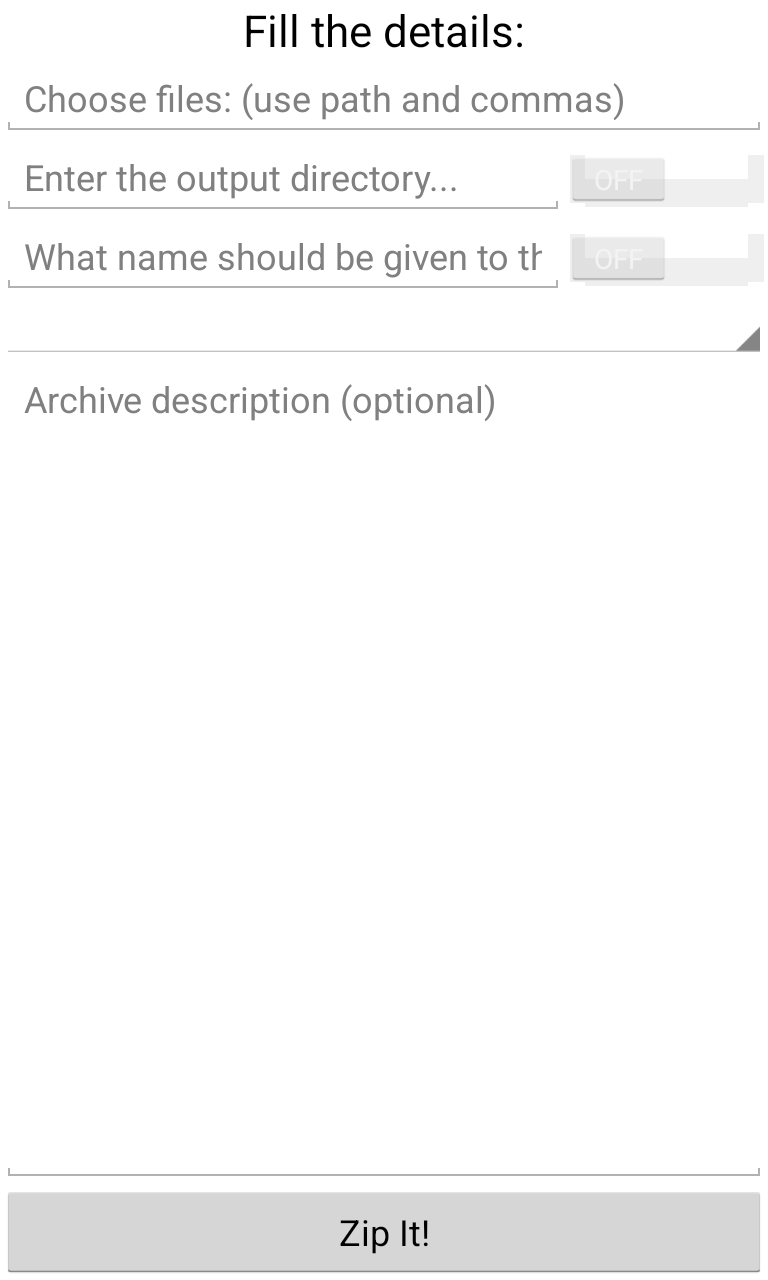
Repository: ya-ivanov/Android-Projects
Layout: Android Projects (OLD)/Zip It!/ZipIt/res/layout/activity_main.xml
The author's editor kept a copy of each file at every save. The layout is drawn from the files as they stood at one save, then again after the next save.
It is drawn on a 768 x 1280 px phone screen (xhdpi) without system bars, with theme AppTheme; the app's code is not run.

Above is the layout before, as saved 2013-12-11 21:01:52.

### Android Projects (OLD)/Zip It!/ZipIt/res/layout/activity_main.xml
<LinearLayout xmlns:android="http://schemas.android.com/apk/res/android"
    android:layout_width="fill_parent"
    android:layout_height="fill_parent"
    android:orientation="vertical" >

    <TextView
        android:id="@+id/textView1"
        android:layout_width="match_parent"
        android:layout_height="wrap_content"
        android:gravity="center_horizontal"
        android:text="Fill the details:"
        android:textAppearance="?android:attr/textAppearanceLarge" />

    <EditText
        android:id="@+id/files"
        android:layout_width="match_parent"
        android:layout_height="wrap_content"
        android:ems="10"
        android:hint="Choose files: (use path and commas)"
        android:singleLine="true">
    </EditText>

    <LinearLayout
        android:layout_width="match_parent"
        android:layout_height="wrap_content" >

        <EditText
            android:id="@+id/endDir"
            android:layout_width="match_parent"
            android:layout_height="wrap_content"
            android:layout_weight="1"
            android:ems="10"
            android:hint="Enter the output directory..."
            android:singleLine="true" >
        </EditText>

        <Switch
            android:id="@+id/defaultDir"
            android:layout_width="wrap_content"
            android:layout_height="wrap_content"
            android:text="" />
    </LinearLayout>

    <LinearLayout
        android:layout_width="match_parent"
        android:layout_height="wrap_content" >

        <EditText
            android:id="@+id/archiveName"
            android:layout_width="match_parent"
            android:layout_height="wrap_content"
            android:layout_weight="1"
            android:ems="10"
            android:hint="What name should be given to the archive?"
            android:singleLine="true" />

        <Switch
            android:id="@+id/randName"
            android:layout_width="wrap_content"
            android:layout_height="wrap_content" />

    </LinearLayout>

    <Spinner
        android:id="@+id/spinner"
        android:layout_width="fill_parent"
        android:layout_height="wrap_content" />

    <EditText
        android:id="@+id/editText1"
        android:layout_width="match_parent"
        android:layout_height="wrap_content"
        android:layout_weight="1"
        android:ems="10"
        android:hint="Archive description (optional)"
        android:gravity="top" >

    </EditText>

    <Button
        android:id="@+id/button1"
        android:layout_width="match_parent"
        android:layout_height="wrap_content"
        android:text="Zip It!" />

</LinearLayout>

Loaded but not shown: Android Projects (OLD)/Zip It!/ZipIt/res/values/styles.xml (common file); Android Projects (OLD)/Zip It!/ZipIt/res/values-v11/styles.xml (common file); Android Projects (OLD)/Zip It!/ZipIt/res/values-v14/styles.xml (common file)

After the next save:
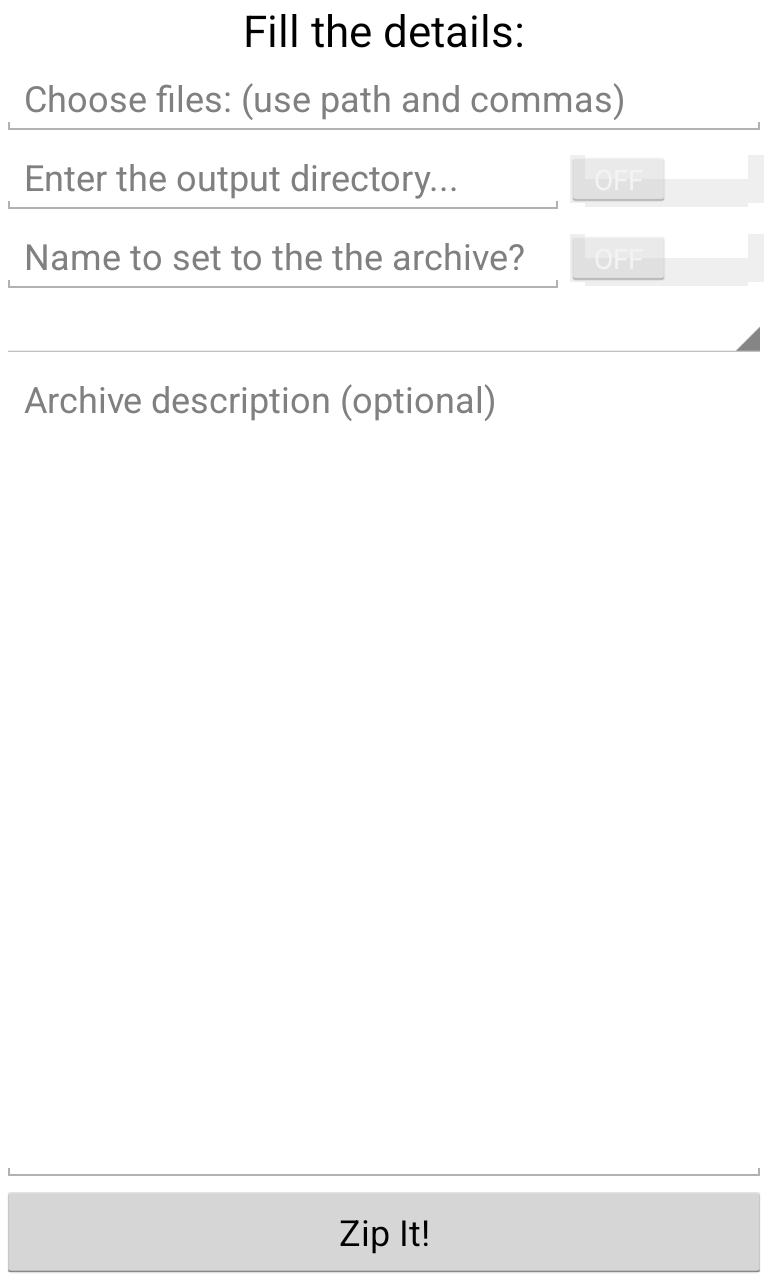
Saved 58 s later.
--- a/Android Projects (OLD)/Zip It!/ZipIt/res/layout/activity_main.xml
+++ b/Android Projects (OLD)/Zip It!/ZipIt/res/layout/activity_main.xml
@@ -51,7 +51,7 @@
             android:layout_height="wrap_content"
             android:layout_weight="1"
             android:ems="10"
-            android:hint="What name should be given to the archive?"
+            android:hint="Name to set to the the archive?"
             android:singleLine="true" />
 
         <Switch
